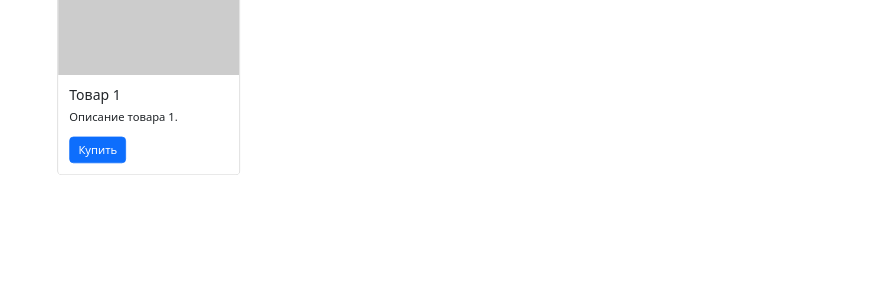
Repository: smartsoltech/kexp-shop
Page: main/catalog/templates/catalog/base.html
These files come from the project's save history. The page is drawn as it stood at one moment and after the next save; the edit follows.
The browser window is 1280 px wide. The pictures show the part of the page from y = 313 to 2233 px (the page is 720 px tall before and 4113 px after), at 70% of full size.
The template is drawn by Django 4.2. The application's start-up code is not run. The template is opened directly, without the code that normally fills it, so the values that code supplies are empty.

Above is the page before, as saved 2023-03-14 13:44:20.

After the next save:
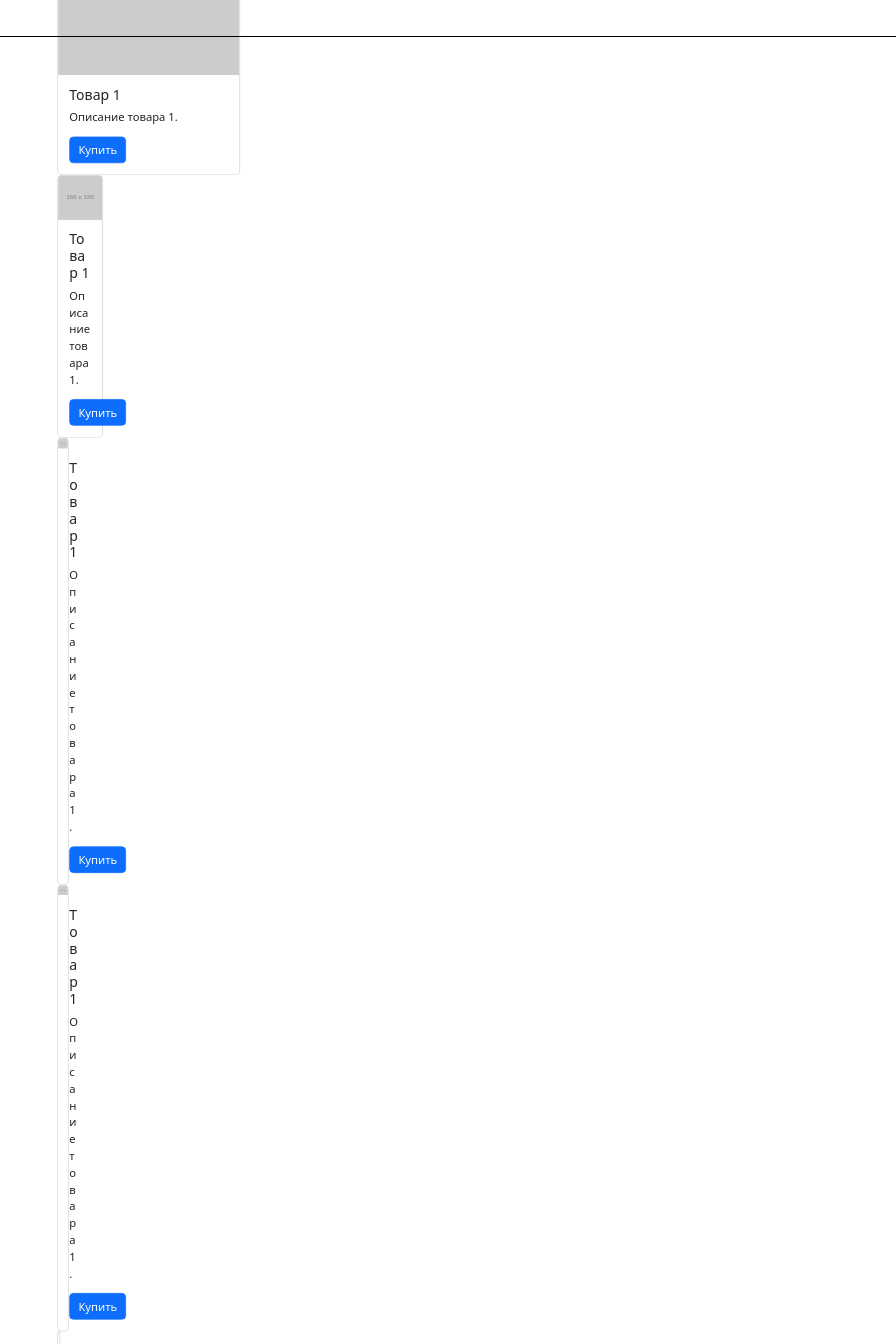
Saved 54 s later.
--- a/main/catalog/templates/catalog/base.html
+++ b/main/catalog/templates/catalog/base.html
@@ -57,4 +57,60 @@
             <a href="#" class="btn btn-primary">Купить</a>
           </div>
         </div>
+        <div class="col-md-3">
+          <div class="card">
+            <img src="https://via.placeholder.com/150" class="card-img-top" alt="...">
+            <div class="card-body">
+              <h5 class="card-title">Товар 1</h5>
+              <p class="card-text">Описание товара 1.</p>
+              <a href="#" class="btn btn-primary">Купить</a>
+            </div>
+          </div>
+          <div class="col-md-3">
+            <div class="card">
+              <img src="https://via.placeholder.com/150" class="card-img-top" alt="...">
+              <div class="card-body">
+                <h5 class="card-title">Товар 1</h5>
+                <p class="card-text">Описание товара 1.</p>
+                <a href="#" class="btn btn-primary">Купить</a>
+              </div>
+            </div>
       </div>
+    <div class="col">
+      <div class="col-md-3">
+        <div class="card">
+          <img src="https://via.placeholder.com/150" class="card-img-top" alt="...">
+          <div class="card-body">
+            <h5 class="card-title">Товар 1</h5>
+            <p class="card-text">Описание товара 1.</p>
+            <a href="#" class="btn btn-primary">Купить</a>
+          </div>
+        </div>
+        <div class="col-md-3">
+          <div class="card">
+            <img src="https://via.placeholder.com/150" class="card-img-top" alt="...">
+            <div class="card-body">
+              <h5 class="card-title">Товар 1</h5>
+              <p class="card-text">Описание товара 1.</p>
+              <a href="#" class="btn btn-primary">Купить</a>
+            </div>
+          </div>
+          <div class="col-md-3">
+            <div class="card">
+              <img src="https://via.placeholder.com/150" class="card-img-top" alt="...">
+              <div class="card-body">
+                <h5 class="card-title">Товар 1</h5>
+                <p class="card-text">Описание товара 1.</p>
+                <a href="#" class="btn btn-primary">Купить</a>
+              </div>
+            </div>
+            <div class="col-md-3">
+              <div class="card">
+                <img src="https://via.placeholder.com/150" class="card-img-top" alt="...">
+                <div class="card-body">
+                  <h5 class="card-title">Товар 1</h5>
+                  <p class="card-text">Описание товара 1.</p>
+                  <a href="#" class="btn btn-primary">Купить</a>
+                </div>
+              </div>
+      </div>
